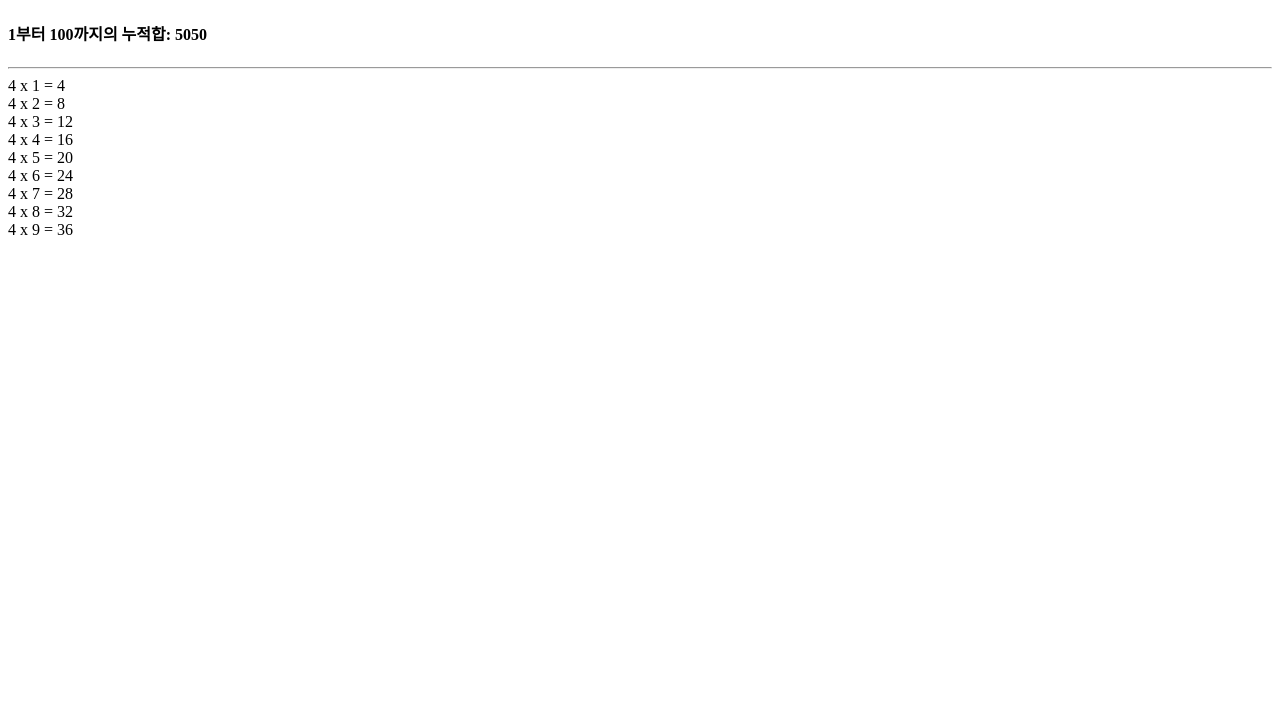
Repository: Baekdusan-baekho/jsp_practice
Page: http://localhost/JspBasic/JSTL/jstl_foreach.jsp
An editor plug-in stored every save of this project. The page is shown before and after the next save, followed by the edit.
The browser window is 1280 px wide. The pictures show the whole page.
The page is served by Tomcat 9. Other server files are loaded and not shown.

Above is the page before, as saved 2023-09-12 05:52:26.

### JspBasic/src/main/webapp/JSTL/jstl_foreach.jsp
<%@ page language="java" contentType="text/html; charset=UTF-8"
    pageEncoding="UTF-8"%>

<%@ taglib uri="http://java.sun.com/jsp/jstl/core" prefix="c" %>
<!DOCTYPE html>
<html>
<head>
<meta charset="UTF-8">
<title>Insert title here</title>
</head>
<body>

	<%--
	<%

	int total =0;
	for(int i =1;i<=100;i++){
		total += 1;
	}
	%>
	<h4>1부터 100까지의 누적합: <%=total %></h4> --%>


	<%--
        <c:set> 태그는 변수의 생성과 동시에, 이미 동일한 이름의 데이터가 존재한다면
        기존의 데이터를 지목해서 값을 변경할 때도 사용합니다.
        마치 setAttribute()에서 이미 존재하는 이름을 지목하여 값을 변경하는 것처럼.
     --%>

	<c:set var="total" value="0" />
	<c:forEach var="i" begin="1" end="100" step="1">
		<c:set var="total" value="${total + i }"/>
	</c:forEach>

	<h4>1부터 100까지의 누적합: ${total }</h4>


	<hr>

	<%-- <h4>구구단 4단</h4>
	<% for(int hang=1;hang<=9;hang++) {%>
		4 X <%=hang %> = <%=4*hang %>
	<%} %> --%>

	<c:forEach var="hang" begin="1" end="9"><%-- step을 생략 시 자동으로 1로 처리됨 --%>
		4 x ${hang } = ${4*hang } <br>
	</c:forEach>





</body>
</html>

After the next save:
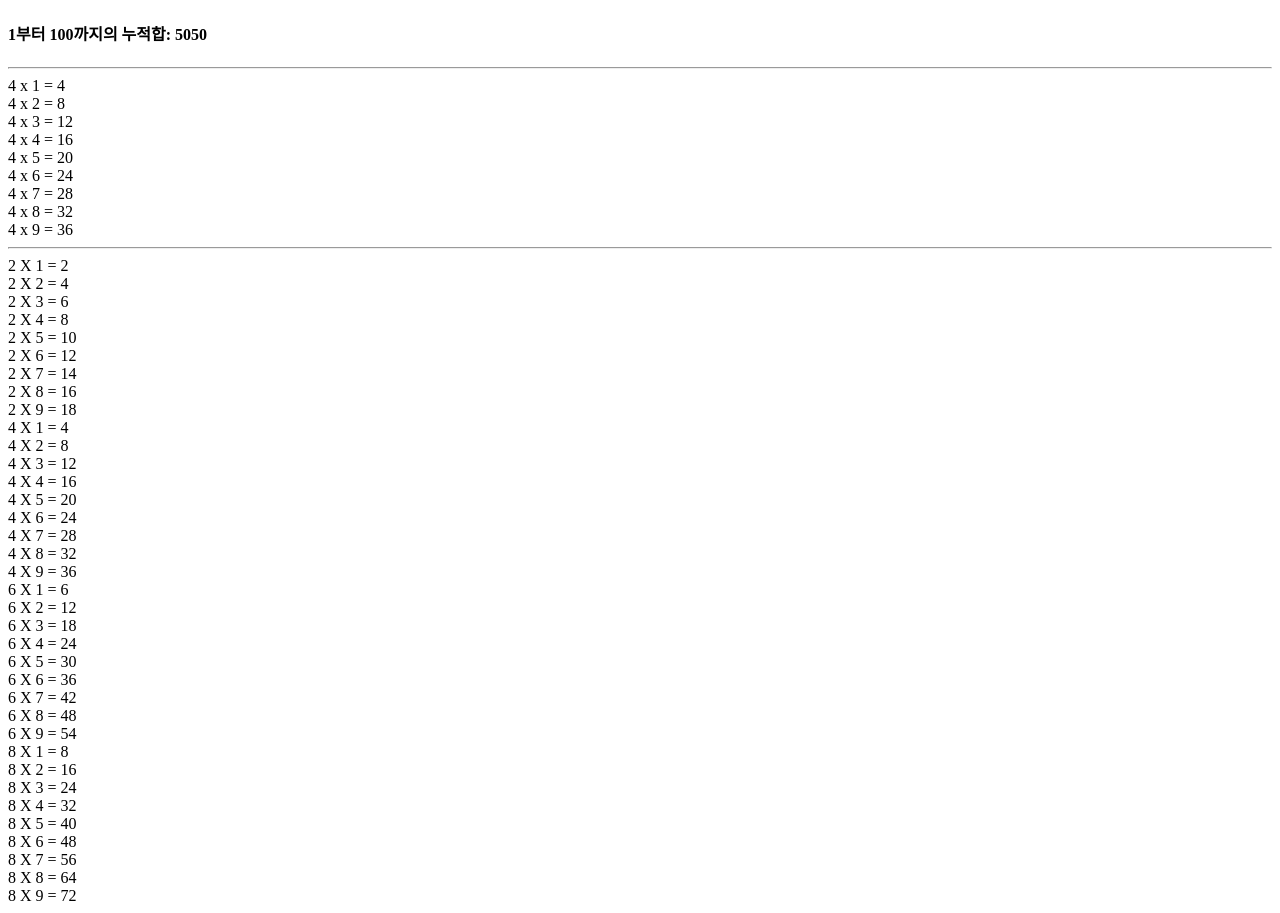
Saved 5 min 21 s later.
--- a/JspBasic/src/main/webapp/JSTL/jstl_foreach.jsp
+++ b/JspBasic/src/main/webapp/JSTL/jstl_foreach.jsp
@@ -46,6 +46,25 @@
 		4 x ${hang } = ${4*hang } <br>
 	</c:forEach>
 
+	<hr>
+
+	<%-- 구구단을 2~9단까지 출력하는데, 짝수단만 출력해 보세요. (jstl, el) --%>
+	<c:forEach var="dan" begin="1" end="9">
+		<c:forEach var="hang" begin="1" end="9">
+			<c:choose>
+				<c:when test="${(dan % 2) == 0 }">
+					${dan } X ${hang } = ${dan * hang }<br>
+				</c:when>
+			</c:choose>
+
+
+		</c:forEach>
+
+
+	</c:forEach>
+
+
+
 
 
 
